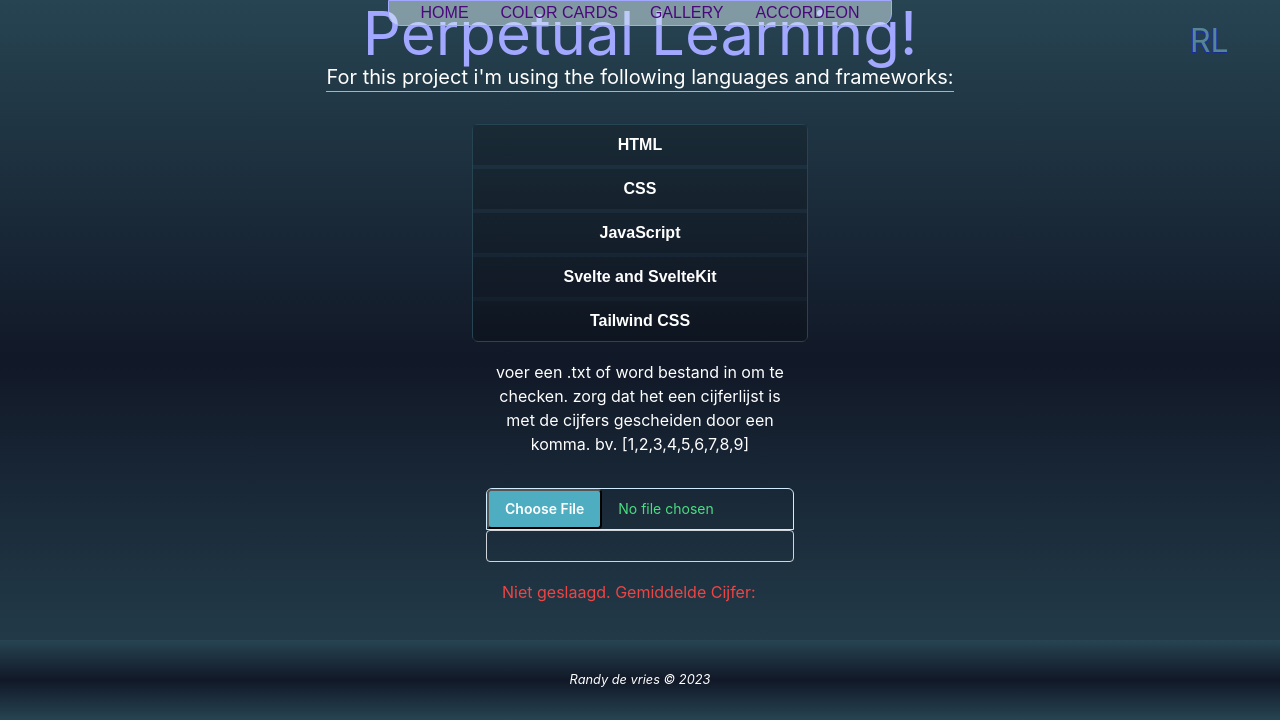
Repository: Freezler/svelte-app
Page: /links
An editor plug-in stored every save of this project. The page is shown before and after the next save, followed by the edit.
The browser window is 1280 px wide. The pictures show the whole page.
The project was rebuilt for these pictures with package versions that can differ from the ones it lists, and the page was loaded fresh each time. The framework's server and built-in components were replaced by stand-ins that run in the browser. Also part of the build but not shown: svelte.config.js, vite.config.js.

Above is the page before, as saved 2023-11-12 12:37:24.

### src/app.html
<!DOCTYPE html>
<html lang="en">
	<head>
		<meta charset="utf-8" />
		<link rel="icon" href="%sveltekit.assets%/favicon.png" />
		<meta name="viewport" content="width=device-width" />
		%sveltekit.head%
		<title>SvelteKitProject</title>
	</head>
	<body data-sveltekit-preload-data="hover">
		<div style="display: contents">%sveltekit.body%</div>
	</body>
</html>

### src/routes/+layout.svelte
<script>
  import '../app.css';
  import Navbar from '../components/Navbar.svelte';
  import Footer from '../components/Footer.svelte';
</script>

<html lang="en" class="select-none scroll-smooth">
  <head>
    <!-- Add any necessary head content here -->
  </head>
  <body class=" flex flex-col h-full overflow-scroll">
    <Navbar />
    <main>
      <slot />
    </main>
    <Footer />
  </body>
</html>

### src/routes/links/+page.svelte
<script>
	import { onDestroy, onMount } from 'svelte';
	onMount(() => console.log('Mounted Links page'));
	onDestroy(() => console.log('Unmounted Links page'));
	import CijferlijstInput from '../../components/CijferlijstInput.svelte';
	import Accordion from '../../components/Accordion.svelte';

</script>

<main
	class=" z-100 flex h-screen scroll-smooth justify-center items-center w-screen flex-col bg-gradient-to-b from-astral-900 via-gray-900 to-astral-900 overflow-scroll pb-24"
>
<div class="flex flex-col w-[100%] items-center justify-center font-sans h-screen ">
	<h1 class="animate-slow-slide-down text-3xl sm:text-5xl md:text-6xl xl:8xl text-purpleone-300  ">Perpetual Learning!</h1>
	<p class="animate-slow-slide-up text-xs sm:text-[16px] md:text-xl xl:2xl text-white border-b-[1px]  border-purpleone-300 text-purpleone600">For this project i'm using the following languages and frameworks:</p>
	<Accordion />
</div>
<div class="flex flex-col w-[100%] items-center justify-center"></div>
		<CijferlijstInput />
</main>

### src/app.css
@import 'tailwindcss/base';
@import 'tailwindcss/components';
@import 'tailwindcss/utilities';

/* Your custom CSS goes here */
body {
	scroll-behavior: smooth;
}

body * {
	-moz-scrollbar-width: none;
	scrollbar-width: none;
	-ms-overflow-style: none;
}

### src/components/Navbar.svelte
<script>
	let showNav = false;

	const toggleNav = () => {
		showNav = !showNav;
		const body = document.body;

		if (showNav) {
			body.classList.add('overflow-hidden');
		} else {
			body.classList.remove('overflow-hidden');
		}
	};
</script>

<nav
	class=" fixed bottom-0 z-40 flex h-20 w-[100%] select-none items-center justify-between text-center antialiased focus:select-none md:right-0 md:top-0 md:justify-center"
>
	<a href="/" class="ml-3 flex h-16 select-none items-center focus:select-none "
		><svg
			class="flex h-20 animate-pulse md:right-0 md:absolute"
			version="1.1"
			xmlns="http://www.w3.org/2000/svg"
			width="100"
			height="100"
			viewBox="0 0 100 100"
		>
			<!-- Outline -->
			<text
				class="select-none focus:select-none shadow-xl animate-slow-slide-down "
				x="0"
				y="66"
				font-size="40"
				fill="red3"
				stroke="#12ff"
				stroke-width="2"
				stroke-linejoin="round">RL</text
			>
			<!-- Text -->
			<text class="animate-slow-slide-in" x="0" y="65" font-size="40" fill="#87ccd9">RL</text>
		</svg></a
	>

	<!-- Hamburger voorS  mobile/kleine schermen -->
	<button
		class=" mr-8 select-none text-white focus:select-none active:select-none md:hidden"
		on:click={toggleNav}
	>
		<div class="relative flex h-6 w-6 items-center">
			<span
				class={' absolute block h-[2px] w-5 origin-center bg-blueone-50 transition-transform'}
				class:rotate-45={showNav}
				class:top-2={!showNav}
			></span>
			<span
				class={'z-2000 absolute block h-[2px] w-5 origin-center bg-white blur-none transition-transform'}
				class:-rotate-45={showNav}
				class:bottom-2={!showNav}
			></span>
			<span
				class={'z-2000 absolute block h-[2px] w-5 origin-center bg-white blur-none transition-transform'}
				class:-rotate-45={showNav}
				class:bottom-2={!showNav}
			></span>
		</div>
	</button>

	<div
		class={`absolute top-0 z-50	hidden  -[80px] select-none rounded-b-xl text-purplethree-950  font-display uppercase  items-center justify-center gap-8 px-8 border-[1px] border-purpleone-300   bg-astral-100 bg-opacity-50  bg-cover bg-center    md:flex ${
			showNav ? 'hidden' : 'block'
		}`}
	>
	    <a href="/" class="hover:text-cyan-200 hover:bg-slate-500 ">Home</a>
		<a href="/blogs" class="hover:text-cyan-200 hover:bg-slate-500  ">Color Cards</a>
		<a href="/about" class="hover:text-cyan-200 hover:bg-slate-500">Gallery</a>
		<a href="/links" class="hover:text-cyan-200 hover:bg-slate-500">Accordeon</a>
	</div>
</nav>

<!-- Conditional Mobile Menu Overlay -->
{#if showNav}
	<div
		class=" fixed inset-0 z-50 flex animate-slow-fade-in select-none items-center justify-center bg-gray-800 bg-opacity-40 backdrop-blur-[2px]"
		on:click={toggleNav}
		on:keypress={toggleNav}
		role="button"
		tabindex="0"
	>
		<div
			class="absulute flex select-none flex-col items-center text-2xl text-gray-200 opacity-100 transition-opacity duration-100 ease-in-out"
		>
			<a href="/" tabindex="0" class="text-cyan-200"
				><svg xmlns="http://www.w3.org/2000/svg" width="80" height="80" viewBox="0 0 80 80">
					<!-- Outline -->
					<text
						x="16"
						y="50"
						font-family="Inter"
						font-size="40"
						fill="cyan"
						stroke="#dfe2ff"
						stroke-width="6"
						stroke-linejoin="round">RL</text
					>
					<!-- Text -->
					<text x="16" y="50" font-family="Inter" font-size="40" fill="indigo">RL</text>
				</svg>
				<hr class="mb-6 w-full border-bluetwo-400" /></a
			>
			<a href="/projects" tabindex="0" class="text-[#b910377e]">under construction..</a>
			<a href="/blogs" tabindex="0" class="text-[#dfe2ff]">Color Cards</a>
			<a href="/about" tabindex="0" class="text-[#dfe2ff]">Gallery</a>
			<a href="/links" tabindex="0" class="text-[#dfe2ff]">Accordeon</a>
		</div>
	</div>
{/if}

### src/components/Footer.svelte
<script>
</script>

<div class="bg-opacity-70 bg-gradient-to-b from-astral-900 via-gray-900 to-astral-900 bg-cover bg-center bg-no-repeat bg-blone-300  fixed w-screen bottom-0 h-20 flex items-center p-0 m-0">
  <div class="flex w-full items-center justify-around">
	<!-- GitHub icon -->
	<small class="text-white italic">Randy de vries &copy; {new Date().getFullYear()}</small>
  </div>
</div>

### src/components/CijferlijstInput.svelte
<!-- FileInput.svelte -->
<script>
  import { onMount } from 'svelte';

  export let fileContent = '';
  export let isSuccess = false;
  let gemiddeldeCijfer = '';

  function calculateGemiddeldeCijfer(content) {
  const cijfers = content
    .split('\n')
    .filter(line => line.trim() !== '')
    .map(Number);

  console.log('cijfers:', cijfers);

  const totaal = cijfers.reduce((acc, curr) => acc + curr, 0);
  console.log('totaal:', totaal);

  const gemiddelde = totaal / cijfers.length;
  console.log('gemiddelde:', gemiddelde);

  return gemiddelde;
}

  function handleFileInput(event) {
	const file = event.target.files[0];

	if (file) {
	  file.text().then(content => {
		if (content.trim() !== '') {
		  fileContent = content;
		  isSuccess = true;
		  gemiddeldeCijfer = calculateGemiddeldeCijfer(fileContent);
		}
	  });
	}
  }


</script>
<div class="text-center text-white -translate-y-4 w-[300px]"><h3>voer een .txt of word bestand in om te checken.
	zorg dat het een cijferlijst is met de cijfers gescheiden door een komma. bv. [1,2,3,4,5,6,7,8,9]
</h3></div>
<div class="p-4 min-w-[340px]">
	<input
	  type="file"
	  accept=".txt, .doc, .docx"
	  on:change={handleFileInput}
	  class="border-[1px] border-blueone-100 valid:text-green-400 invalid:text-red-500 block w-full rounded-t-md text-sm text-slate-500 file:mr-4 file:py-2 file:px-4 file:rounded-[4px] file:border-1 file:text-sm file:font-semibold file:bg-astral-400 file:text-white hover:file:text-pink-700 hover:file:bg-greentwo-300 bg-cover"
	/>
	<textarea bind:value={fileContent} class="text-white h-[2rem] focus:outline-none resize-none w-[100%] min-w-[content] bg-transparent border-[1px] select-none border-gray-300 rounded p-2"></textarea>

	{#if isSuccess}
	  <h3 class="w-[300px] text-green-500 mt-2 mx-auto px-3 py-1">Van harte gefeliciteerd, je bent geslaagd! Gemiddelde Cijfer: {gemiddeldeCijfer}</h3>
	{:else}
	  <h3 class="w-[300px] text-red-500 mt-2 mx-auto px-3 py-1">Niet geslaagd. Gemiddelde Cijfer: {gemiddeldeCijfer}</h3>
	{/if}
  </div>

### src/components/Accordion.svelte
<script>
	let panels = [
		{
			title: 'HTML',
			content:
				'HTML is the standard markup language for documents designed to be displayed in a web browser.'
		},
		{ title: 'CSS', content: 'CSS is used to define styles for your web pages' },
		{
			title: 'JavaScript',
			content: 'JavaScript is used to add interactivity to your web pages'
		},
		{
			title: 'Svelte and SvelteKit',
			content: 'Svelte and SvelteKit are both JavaScript frameworks'
		},
		{ title: 'Tailwind CSS', content: 'Tailwind CSS is a utility-first CSS framework' }
	];

	let expandedPanel = null;

	function togglePanel(panel) {
		if (expandedPanel === panel) {
			expandedPanel = null;
		} else {
			expandedPanel = panel;
		}
	}
</script>

<div class="bg-transparent animate-slow-slide-up z-60 wrapper max-w-[400px] mx-auto mt-[0] w-[80%] text-center rounded-sm p-8">
	<div class="flex flex-col space-y-1  rounded-md border-[1px] border-astral-900">
		{#each panels as panel}
			<!-- svelte-ignore a11y-no-static-element-interactions -->
			<div
				class="relative isolate animate-fast-fade-in overflow-hidden"
				on:click={() => togglePanel(panel)}
				on:keydown={() => togglePanel(panel)}
				aria-roledescription="accordion"
			>
				<div class="" aria-expanded={panel === expandedPanel}>
					<!-- svelte-ignore empty-block -->
					{#if panel === expandedPanel}{/if}
					<div
						class="relative isolate grid place-items-center bg-[rgba(0,0,0,0.2)] p-2 font-display font-bold text-white"
					>
						{panel.title}
					</div>
				</div>
				{#if expandedPanel === panel}
					<div
						class="max-w-[100%] z-20 animate-slow-fade-in bg-astral-900 bg-opacity-70 px-6 py-0"
					>
						<svg
							xmlns="http://www.w3.org/2000/svg"
							class="icon icon-tabler icon-tabler-chevron-up mx-auto animate-pulse"
							width="24"
							height="24"
							viewBox="0 0 24 24"
							stroke-width="1.5"
							stroke="white"
							fill="rgba(39, 68, 82, 100%)"
							stroke-linecap="round"
							stroke-linejoin="round"
						>
							<path stroke="none" d="M0 0h24v24H0z" fill="transparent" />
							<polyline points="6 15 12 9 18 15" />
						</svg>
						<p class="text-white pb-3">
							{panel.content}
						</p>
					</div>
				{/if}
			</div>
		{/each}
	</div>
</div>

### tailwind.config.js
/** @type {import('tailwindcss').Config} */
const plugin = require('tailwindcss/plugin');
export default {
	content: ['./src/**/*.{html,js,svelte,ts}'],
	theme: {
		extend: {

			animation: {
				btnPulse: ' btnPulse 1s infinite',
				'spin-slow': 'spin 3s linear infinite',
				'spin-fast': 'spin 1s linear infinite',
				'slow-fade-in': 'fade-in 0.7s ease-in-out',
				'fast-fade-in': 'fade-in 0.5s ease-in-out',
				'slow-fade-out': 'fade-out 0.5s ease-in-out',
				'fast-fade-out': 'fade-out 0.7s ease-in-out',
				'slow-slide-in': 'slide-in 0.6s ease-in-out',
				'fast-slide-in': 'slide-in 3s ease-in-out',
				'slow-slide-up': 'slide-up 0.6s cubic-bezier(0.215, 0.61, 0.355, 1)',
				'slow-slide-out': 'slide-out 0.6s ease-in-out',
				'fast-slide-out': 'slide-out 0.3s ease-in-out',
				'ani-translate-y': 'translate-y 5s ease-in-out',
				'fast-slide-up': 'slide-up 0.5s cubic-bezier(0.215, 0.61, 0.355, 1)',
				'slow-slide-down': 'slide-down 0.6s cubic-bezier(0.215, 0.61, 0.355, 1)',
				'burger-smooth': 'burger-smooth 2s ease-in-out',
			    'wave': 'wave .9s ease-in-out',
			},
			keyframes: {
				'fade-in': {
					'0%': { opacity: '0' },
					'100%': { opacity: '1' }
				},
				'fade-out': {
					'0%': { opacity: '1' },
					'100%': { opacity: '0' }
				},
				'slide-in': {
					'0%': { transform: 'translateX(-240px)' },
					'100%': { transform: 'translateX(0)' }
				},
				'slide-out': {
					'0%': { transform: 'translateX(0)' },
					'100%': { transform: 'translateX(-100%)' }
				},
				'translate-y': {
					'0%': { transform: 'translateY(0)' },
					'100%': { transform: 'translateY(-100%)' }
				},
				wave: {
					'0%': { transform: 'rotate(0deg)' },
					'25%': { transform: 'rotate(45deg)' },
					'50%': { transform: 'rotate(35deg)' },
					'100%': { transform: 'rotate-45deg)' }
				},
				'slide-up': {
					'0%': { transform: 'translateY(240px)' },
					'100%': { transform: 'translateY(0)' }
				},
				'slide-down': {
					'0%': { transform: 'translateY(-400px)' },
					'100%': { transform: 'translateY(0px)' }
				},
				'btnPulse': {
					'0%': { transform: 'scale(1))' },
					'50%': { transform: 'scale(0.9)' },
					'100%': { transform: 'scale(1)' }
				}
			},

			fontFamily: {
				sans: ['Inter', 'Arial', 'Helvetica', 'sans-serif'],
				serif: ['Georgia', 'serif'],
				mono: ['Menlo', 'Monaco', 'Courier New', 'monospace'],
				display: ['Oswald', 'sans-serif'],
				handwriting: ['Pacifico', 'cursive']
			},
			colors: {
				blueone: {
					50: '#e6f5ff',
					100: '#d2ecff',
					200: '#aedaff',
					300: '#7dbfff',
					400: '#4b94ff',
					500: '#2268ff',
					600: '#003bff',
					700: '#003fff',
					800: '#0035d7',
					900: '#0830a7',
					950: '#072383'
				},
				bluetwo: {
					50: '#f3f6fb',
					100: '#e4e9f5',
					200: '#d0daed',
					300: '#afc2e1',
					400: '#89a2d1',
					500: '#6c85c5',
					600: '#596db7',
					700: '#4e5da7',
					800: '#454e8a',
					900: '#3b436d',
					950: '#272b44'
				},
				bluethree: {
					50: '#f2f6fc',
					100: '#e3ebf6',
					200: '#cdddf0',
					300: '#aac6e6',
					400: '#81a8d9',
					500: '#638cce',
					600: '#4f73c1',
					700: '#4561b0',
					800: '#3d5190',
					900: '#2c395f',
					950: '#242c47'
				},
				astral: {
					50: '#f0fafb',
					100: '#d9f0f4',
					200: '#b8e2e9',
					300: '#87ccd9',
					400: '#4fadc1',
					500: '#328ea3',
					600: '#2d768d',
					700: '#2b6173',
					800: '#2a5160',
					900: '#274452',
					950: '#152c37'
				},
				greenone: {
					50: '#f5ffe5',
					100: '#e6ffc7',
					200: '#cdff96',
					300: '#9ffc41',
					400: '#8bf328',
					500: '#6cd909',
					600: '#50ae02',
					700: '#3e8407',
					800: '#34680c',
					900: '#2c580f',
					950: '#143102'
				},
				greentwo: {
					50: '#f1fcf5',
					100: '#dff9e9',
					200: '#c0f2d4',
					300: '#8fe6b2',
					400: '#56d289',
					500: '#30b768',
					600: '#26aa5d',
					700: '#1e7743',
					800: '#1d5e39',
					900: '#194e31',
					950: '#082b19'
				},
				greenthree: {
					50: '#f2f7f4',
					100: '#dfece3',
					200: '#c1d9ca',
					300: '#98bda8',
					400: '#6b9c82',
					500: '#518a6e',
					600: '#37644f',
					700: '#2c5040',
					800: '#254035',
					900: '#1f352b',
					950: '#101e18'
				},
				roseone: {
					50: '#fef1fa',
					100: '#fde6f7',
					200: '#feccf1',
					300: '#fea3e4',
					400: '#fc6ad0',
					500: '#f74bbf',
					600: '#e61c9a',
					700: '#c90d7d',
					800: '#a60e66',
					900: '#8a1158',
					950: '#550232'
				},
				purpleone: {
					50: '#edf0ff',
					100: '#dfe2ff',
					200: '#c5caff',
					300: '#a2a7ff',
					400: '#7f7cfd',
					500: '#6d5ef6',
					600: '#5e40eb',
					700: '#5d41d3',
					800: '#412ca7',
					900: '#382b84',
					950: '#22194d'
				},
				purpletwo: {
					50: '#fcf3ff',
					100: '#fae7ff',
					200: '#f3ceff',
					300: '#eea7ff',
					400: '#e473ff',
					500: '#d12ef6',
					600: '#bc1edb',
					700: '#9f15b6',
					800: '#841494',
					900: '#6f1679',
					950: '#490151'
				},
				purplethree: {
					50: '#faf5ff',
					100: '#f3e8ff',
					200: '#ead4ff',
					300: '#d9b3ff',
					400: '#c282fe',
					500: '#aa53f9',
					600: '#9530ed',
					700: '#801fd1',
					800: '#6d1faa',
					900: '#591a89',
					950: '#4b077e'
				},
				rosetwo: {
					50: '#fef1f8',
					100: '#fee5f3',
					200: '#ffcae8',
					300: '#ff9fd4',
					400: '#ff64b5',
					500: '#fe1f8a',
					600: '#ef1372',
					700: '#d00657',
					800: '#ac0848',
					900: '#8f0c3f',
					950: '#580021'
				},
				redone: {
					50: '#fff0f0',
					100: '#ffdede',
					200: '#ffc2c2',
					300: '#ff9898',
					400: '#ff5d5d',
					500: '#ff2b2b',
					600: '#f70808',
					700: '#d00505',
					800: '#ac0808',
					900: '#8e0e0e',
					950: '#4e0101'
				},
				redtwo: {
					50: '#fcf4f4',
					100: '#fae6e6',
					200: '#f7d1d1',
					300: '#f0b1b1',
					400: '#e58484',
					500: '#d75c5c',
					600: '#be3c3c',
					700: '#a33232',
					800: '#872d2d',
					900: '#712b2b',
					950: '#3d1212'
				},
				greyone: {
					50: '#f6f6f6',
					100: '#e7e7e7',
					200: '#d1d1d1',
					300: '#b0b0b0',
					400: '#888888',
					500: '#6d6d6d',
					600: '#5d5d5d',
					700: '#4f4f4f',
					800: '#454545',
					900: '#3d3d3d',
					950: '#050505'
				},
				greytwo: {
					50: '#f4f5fa',
					100: '#e7e9f2',
					200: '#d4d7e9',
					300: '#b6bcda',
					400: '#939bc7',
					500: '#797fb8',
					600: '#6769a9',
					700: '#5c5b9a',
					800: '#504e7f',
					900: '#444266',
					950: '#232232'
				}
			}
		},
		screens: {
			// default is oudere schermen erg klein!  -->
			xxxs: '360px', // modernere kleine schermen
			xxs: '480px', // Extra extra small screen size
			xs: '640px', // Extra small screen size
			sm: '768px', // Small screen size
			md: '1024px', // Medium screen size
			lg: '1280px', // Large screen size
			xl: '1440px', // Extra large screen size
			xxl: '1920px', // Extra extra large screen size
			xxxl: '3840px' // 4K screen size (3840px)
			// Je kunt meer schermformaten toevoegen indien nodig
		},

		fonts: {
			sans: ['Inter', 'Arial', 'Helvetica', 'sans-serif'],
			serif: ['Georgia', 'serif'],
			mono: ['Bebas Neue','Monaco', 'Courier New', 'monospace'],
			display: ['San-francisco', 'sans-serif'],
			handwriting: ['Pacifico', 'cursive']
		},
		textShadow: {
			sm: '0 1px 2px var(--tw-shadow-color)',
			DEFAULT: '0 2px 4px var(--tw-shadow-color)',
			lg: '0 8px 16px var(--tw-shadow-color)'
		}
	},
	plugins: [
		plugin(function ({ matchUtilities, theme }) {
			matchUtilities(
				{
					'text-shadow': (value) => ({
						textShadow: value
					})
				},
				{ values: theme('textShadow') }
			);
		})
	]
};

After the next save:
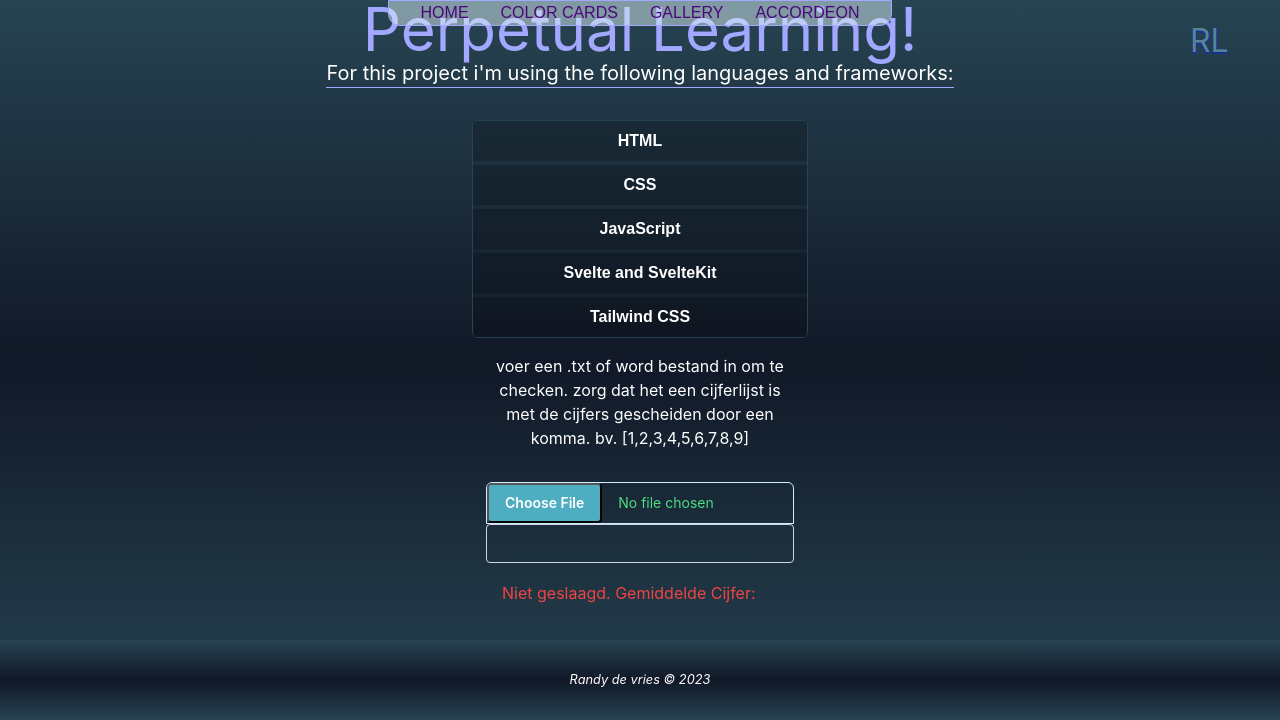
Saved 19 s later.
--- a/src/components/CijferlijstInput.svelte
+++ b/src/components/CijferlijstInput.svelte
@@ -49,7 +49,7 @@
 	  on:change={handleFileInput}
 	  class="border-[1px] border-blueone-100 valid:text-green-400 invalid:text-red-500 block w-full rounded-t-md text-sm text-slate-500 file:mr-4 file:py-2 file:px-4 file:rounded-[4px] file:border-1 file:text-sm file:font-semibold file:bg-astral-400 file:text-white hover:file:text-pink-700 hover:file:bg-greentwo-300 bg-cover"
 	/>
-	<textarea bind:value={fileContent} class="text-white h-[2rem] focus:outline-none resize-none w-[100%] min-w-[content] bg-transparent border-[1px] select-none border-gray-300 rounded p-2"></textarea>
+	<textarea bind:value={fileContent} class="text-white h-[2.4rem] focus:outline-none resize-none w-[100%] min-w-[content] bg-transparent border-[1px] select-none border-gray-300 rounded p-2"></textarea>
 
 	{#if isSuccess}
 	  <h3 class="w-[300px] text-green-500 mt-2 mx-auto px-3 py-1">Van harte gefeliciteerd, je bent geslaagd! Gemiddelde Cijfer: {gemiddeldeCijfer}</h3>
